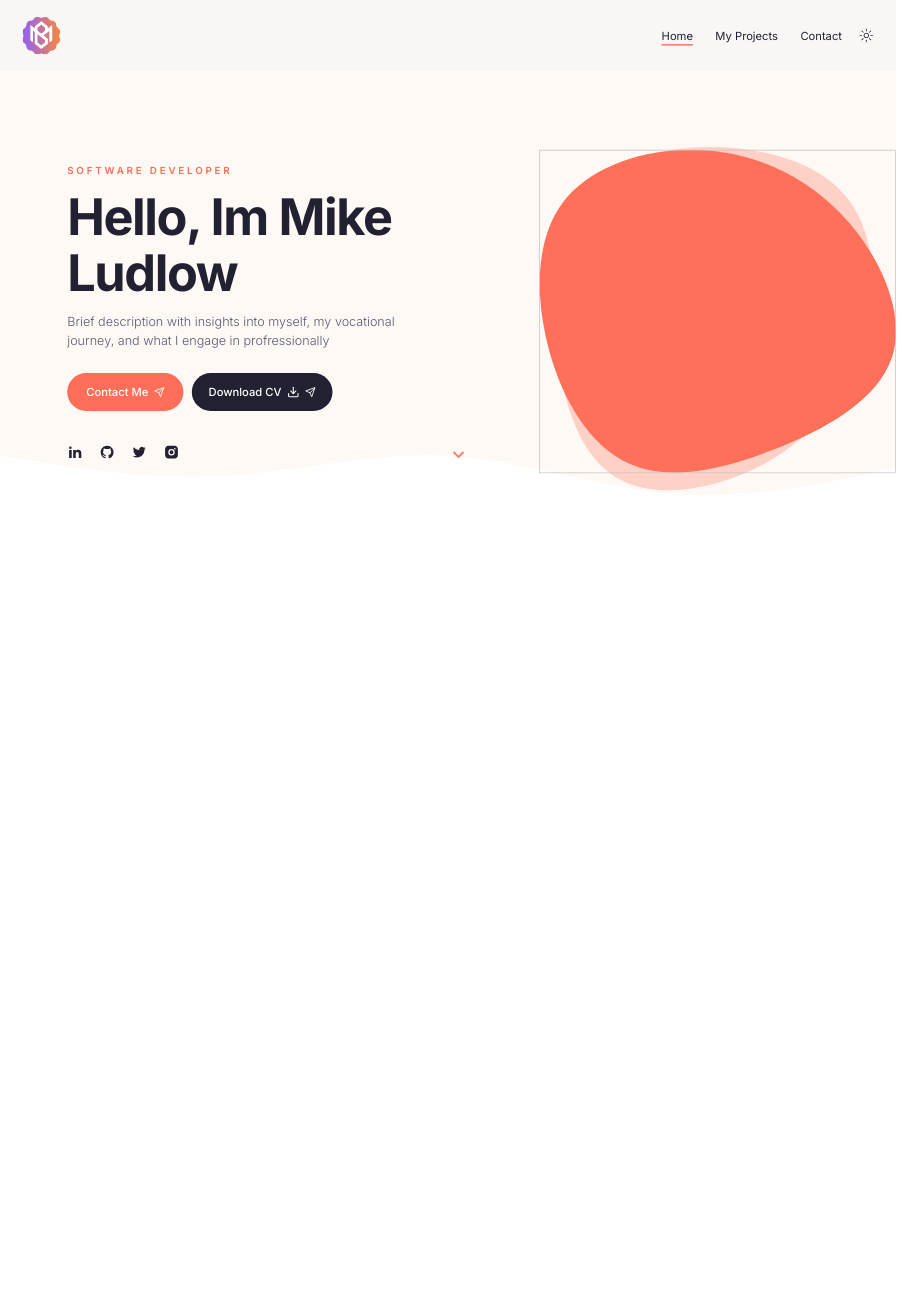
Repository: MikeeBuilds/mike-port
Page: /
The author's editor kept a copy of each file at every save. The page is drawn from the files as they stood at one save, then again after a run of saves.
The browser window is 1280 px wide. The page is 1288 px wide, so the pictures cover 1288 px, including what lies to the right of the window. The pictures show the part of the page from y = 0 to 1880 px (the page is 4731 px tall), at 70% of full size.
The project was rebuilt for these pictures with package versions that can differ from the ones it lists, and the page was loaded fresh each time. The framework's server and built-in components were replaced by stand-ins that run in the browser. Also part of the build but not shown: next.config.js, components/Badge.jsx.

Above is the page before, as saved 2023-11-30 11:11:36.

### app/layout.jsx
import { Inter } from 'next/font/google'
import './globals.css'
import Header from '@/components/Header'
import Footer from '@/components/Footer'
import { ThemeProvider } from '@/components/ThemeProvider'

const inter = Inter({ subsets: ['latin'] })

export const metadata = {
  title: 'Mike Ludlow | Dev',
  description: 'Generated by create next app',
}

export default function RootLayout({ children }) {
  return (
    <html lang="en" suppressHydrationWarning>
      <body className={inter.className}
      >
        <ThemeProvider attribute="class" defaultTheme="light">
          <Header />
            {children}
          <Footer />
        </ThemeProvider>
      </body>
    </html>
  )
}

### app/template.js
"use client";

import { motion } from "framer-motion";
// hooks
import useScrollProgress from "@/hooks/useScrollProgress";

//variants
const variants = {
  hidden: { opacity: 0 },
  enter: { opacity: 1 },
};

const Template = ({ children }) => {
  const completion = useScrollProgress();
  return (
    <>
      <motion.main
        variants={variants}
        initial="hidden"
        animate="enter"
        transition={{ type: "linear", delay: 0.2, duration: 0.4 }}
      >
        {children}
      </motion.main>
      {/* completion bar */}
      <span
        style={{ transform: `translateY(${completion - 100}%)` }}
        className="fixed z-50 bg-primary w-1 top-0 right-0
      bottom-0 transition-all duration-700"
      ></span>
      <div className="h-[4000px]"></div>
    </>
  );
};

export default Template;

### app/page.jsx
import Hero from '@/components/Hero'
import { main } from 'json'
import Image from 'next/image'

export default function Home() {
  return (
    <main>
      <Hero/>
    </main>
  )
}

### app/globals.css
@tailwind base;
@tailwind components;
@tailwind utilities;

@layer base {
  @layer base {
    :root {
      --background: 0 0% 100%;
      --foreground: 240 19% 16%;
      --card: 0 0% 100%;
      --card-foreground: 240 19% 16%;
      --popover: 0 0% 100%;
      --popover-foreground: 20 14.3% 4.1%;
      --primary: 8 99% 67%;
      --primary-foreground: 300 0% 100%;
      --secondary: 240 19% 16%;
      --secondary-foreground: 300 0% 100%;
      --tertiary: 27 82% 98%;
      --muted: 60 4.8% 95.9%;
      --muted-foreground: 237 13% 40%;
      --accent: 237 9% 96%;
      --accent-foreground: 24 9.8% 10%;
      --destructive: 0 84.2% 60.2%;
      --destructive-foreground: 60 9.1% 97.8%;
      --border: 8 82% 92%;
      --input: 8 82% 92%;
      --ring: 9 99% 67%;
      --radius: 1rem;
    }

    .dark {
      --background: 237 22% 20%;
      --foreground: 60 9.1% 97.8%;
      --card: 240 19% 16%;
      --card-foreground: 300 0% 100%;
      --popover: 20 14.3% 4.1%;
      --popover-foreground: 60 9.1% 97.8%;
      --primary: 8 99% 67%;
      --primary-foreground: 300 0% 100%;
      --secondary: 240 19% 16%;
      --secondary-foreground:300 0% 100%;
      --tertiary: 237 22% 20%;
      --muted: 12 6.5% 15.1%;
      --muted-foreground: 237 13% 63%;
      --accent: 240 19% 16%;
      --accent-foreground: 300 0% 100%;
      --destructive: 0 72.2% 50.6%;
      --destructive-foreground: 60 9.1% 97.8%;
      --border: 237 22% 23%;
      --input: 237 22% 23%;
      --ring: 8 99% 67%;
    }
  }
}

@layer base {
  * {
    @apply border-border;
  }
  body {
    @apply bg-background text-foreground;
  }
}

.h1 {
  @apply text-6xl xl:text-[72px] xl:leading-[80px] tracking-[-2px] font-bold;
}

.subtitle {
  @apply text-muted-foreground text-lg mb-8 font-light;
}

### components/Header.jsx
"use client";
import React, { useState, useEffect } from "react";

// components
import Logo from "./Logo";
import ThemeToggler from "./ThemeToggler";
import Nav from "./Nav";
import MobileNav from "./MobileNav";
import { usePathname } from "next/navigation";

const Header = () => {
  const [header, setHeader] = useState(false);
  const pathname = usePathname();

  useEffect(() => {
    const scrollYpos = window.addEventListener("scroll", () => {
      window.scrollY > 50 ? setHeader(true) : setHeader(false);
    });

    // remove event
    return () => window.removeEventListener("scroll", scrollYpos);
  });

  return (
    <header
      className={`${
        header
          ? "py-4 bg-white shadow-lg dark:bg-accent"
          : "py-6 dark:bg-transparent"
      } sticky top-0 z-30 transition-all ${pathname === '/' && 'bg-[#f9f7f5]'}`}
    >
      <div className="container mx-auto">
        <div className="flex justify-between items-center">
          <Logo />
          <div className="flex items-center gap-x-6">
            {/* nav */}
            <Nav
              containerStyles="hidden xl:flex gap-x-8 items-center"
              linkStyles="relative hover:text-primary transition-all"
              underlineStyles="absolute left-0 top-full h-[2px] bg-primary w-full"
            />
            <ThemeToggler />
            {/* mobile nav */}
            <div className="lg:hidden">
              <MobileNav />
            </div>
          </div>
        </div>
      </div>
    </header>
  );
};

export default Header;

### components/Footer.jsx

const Footer = () => {
  return (
    <footer>Footer</footer>
  )
}

export default Footer

### components/ThemeProvider.jsx
"use client"


import {
    ThemeProvider as NextThemesProvider
} from "next-themes";



export function ThemeProvider({ children, ...props}) {
    return <NextThemesProvider {...props}>{children}</NextThemesProvider>
}

### hooks/useScrollProgress.js
import React, { useState, useEffect} from 'react'

const useScrollProgress = () => {
    const [completion, setCompletion] = useState(0);

    useEffect(() => {
        const updateScrollCompletion = () => {
            const currentProgress = window.scrollY;
            const scrollHeight = document.body.scrollHeight - window.innerHeight;

            if (scrollHeight) {
                setCompletion(Number(currentProgress / scrollHeight).toFixed(2) * 100);
            }
        };
            // event
        window.addEventListener('scroll', updateScrollCompletion);
            //clear event
            return () => window.removeEventListener('scroll', updateScrollCompletion);
    }, []);


    return completion;
};

export default useScrollProgress

### components/Hero.jsx
import Link from "next/link";
import { Download, Send } from "lucide-react";
import { Button } from "./ui/button";

import {
  RiBriefcase4Fill,
  RiTeamFill,
  RiTodoFill,
  RiArrowDownSLine,
} from "react-icons/ri";

//components
import DevImg from "./DevImg";
import Badge from "./Badge";
import Socials from "./Socials";

const Hero = () => {
  return (
    <section className="py-12 xl:py-24 h-[84vh] xl:pt-28 bg-hero bg-no-repeat bg-bottom bg-cover dark:bg-none">
      <div className="flex justify-between gap-x-8">
        {/* text */}
        <div className="flex max-w-[600px] flex-col justify-center mx-auto xl:mx-24 text-center xl:text-left">
          <div className="text-sm uppercase font-semibold mb-4 text-primary tracking-[4px]">
            Software Developer
          </div>
          <h1 className="h1 mb-4">Hello, Im Mike Ludlow</h1>
          <p className="subtitle max-w-[490px] mx-auto xl:mx-0">
            Brief description with insights into myself, my vocational journey,
            and what I engage in profressionally
          </p>
          {/* buttons */}
          <div
            className="flex flex-col gap-y-3 md:flex-row gap-x-3 mx-auto
          xl:mx-0 mb-12"
          >
            <Link href="/contact">
              <Button className="gap-x-2">
                Contact Me <Send size={15} />
              </Button>
            </Link>
            <Button variant="secondary" className="gap-x-2">
              Download CV <Download size={18} /> <Send size={15} />
            </Button>
          </div>
          {/* socials */}
          <Socials
            containerStyles="flex gap-x-6 mx-auto xl:mx-0"
            iconStyles="text-foreground text-[22px] hover:text-primary transition-all"
          />
        </div>
        {/* image */}
        <div className="hidden xl:flex relative">
          <div className="bg-hero_shape2_light dark:bg-hero_shape2_dark w-[500px] h-[500px] bg-no-repeat absolute -top-1 -right-2"></div>
          <DevImg containerStyles="bg-hero_shape w-[510px] h-[462px] bg-no-repeat relative bg-bottom" imgSrc=''/>
        </div>
        {/* icon */}
        <div className="hidden md:flex absolute left-2/4 bottom-44 xl:bottom-12 animate-bounce">
          <RiArrowDownSLine className="text-3xl text-primary" />
        </div>
      </div>
    </section>
  );
};

export default Hero;

### components/Logo.jsx
import Link from "next/link";
import Image from "next/image";


const Logo = () => {
  return (
    <Link href="/">
        <Image src='/logo.svg' width={54} height={54} priority alt="logo"/>
    </Link>
  )
}

export default Logo

### components/ThemeToggler.jsx
"use client";

import { Button } from "./ui/button";
import { MoonIcon, SunIcon } from "@radix-ui/react-icons";
import { useTheme } from "next-themes";

const ThemeToggler = () => {
  const { theme, setTheme } = useTheme();
  return (
    <Button variant='outline' size="outline" onClick={() => setTheme(theme === 'dark' ? 'light' : 'dark')}>
      <SunIcon
        className="h-[1.2rem] w-[1.2rem] rotate-0 scale-100 transition-all
      dark:rotate-90 dark:scale-0"
      />
      <MoonIcon
        className="absolute h-[1.2rem] w-[1.2rem] rotate-90 scale-0 transition-all
       dark:rotate-0 dark:scale-100"
      />
    </Button>
  );
};

export default ThemeToggler;

### components/Nav.jsx
import Link from "next/link";

//next hooks
import { usePathname } from "next/navigation";

//framer motion
import { motion } from "framer-motion";

const links = [
  { path: "/", name: "home" },
  { path: "/projects", name: "my projects" },
  { path: "/contact", name: "contact" },
];

const Nav = ({ containerStyles, linkStyles, underlineStyles }) => {
  const path = usePathname();
  return (
    <nav className={`${containerStyles}`}>
      {links.map((link, index) => {
        return (
          <Link
            href={link.path}
            key={index}
            className={`capitalize ${linkStyles}`}
          >
            {link.path === path && (
              <motion.span
                initial={{ y: "-100%" }}
                animate={{ y: 0 }}
                transition={{ type: "tween" }}
                layoutId="underline"
                className={`${underlineStyles}`}
              />
            )}
            {link.name}
          </Link>
        );
      })}
    </nav>
  );
};

export default Nav;

### components/MobileNav.jsx

const MobileNav = () => {
  return (
    <div>MobileNav</div>
  )
}

export default MobileNav

### components/ui/button.jsx
import * as React from "react"
import { Slot } from "@radix-ui/react-slot"
import { cva } from "class-variance-authority";

import { cn } from "@/lib/utils"

const buttonVariants = cva(
  "inline-flex items-center justify-center whitespace-nowrap rounded-full text-base font-medium ring-offset-background transition-colors focus-visible:outline-none focus-visible:ring-2 focus-visible:ring-ring focus-visible:ring-offset-2 disabled:pointer-events-none disabled:opacity-50",
  {
    variants: {
      variant: {
        default: "bg-primary text-primary-foreground hover:bg-primary/90",
        destructive:
          "bg-destructive text-destructive-foreground hover:bg-destructive/90",
        outline:
          "border border-input bg-background hover:bg-accent hover:text-accent-foreground",
        secondary:
          "bg-secondary text-secondary-foreground hover:bg-secondary/80",
        ghost: "hover:bg-accent hover:text-accent-foreground",
        link: "text-primary underline-offset-4 hover:underline",
      },
      size: {
        default: "h-[54px] px-6 py-2 min-w-[166px]",
        sm: "h-9 rounded-md px-3",
        lg: "h-11 rounded-md px-8",
        icon: "h-10 w-10",
      },
    },
    defaultVariants: {
      variant: "default",
      size: "default",
    },
  }
)

const Button = React.forwardRef(({ className, variant, size, asChild = false, ...props }, ref) => {
  const Comp = asChild ? Slot : "button"
  return (
    (<Comp
      className={cn(buttonVariants({ variant, size, className }))}
      ref={ref}
      {...props} />)
  );
})
Button.displayName = "Button"

export { Button, buttonVariants }

### components/DevImg.jsx
import Image from "next/image";

const DevImg = ({ containerStyles, imgSrc }) => {
  return <div className={`${containerStyles}`}>
    <Image src={imgSrc} fill priority alt="" />
  </div>;
};

export default DevImg;

### components/Socials.jsx
'use client'

import {
  RiLinkedinFill,
  RiGithubFill,
  RiTwitterFill,
  RiInstagramFill
} from 'react-icons/ri';

import Link from 'next/link';

const icons = [
  {
    path: '/',
    name: <RiLinkedinFill />,
  },
  {
    path: '/',
    name: <RiGithubFill />,
  },{
    path: '/',
    name: <RiTwitterFill />,
  },{
    path: '/',
    name: <RiInstagramFill />,
  },
]


import React from "react";

const Socials = ({ containerStyles, iconStyles}) => {
  return <div className={`${containerStyles}`}>
    {icons.map((icon, index) => {
      return <Link href={icon.path} key={index}>
        <div className={`${iconStyles}`}>
          {icon.name}
        </div>
      </Link>
    })}
  </div>;
};

export default Socials;

### tailwind.config.js
/** @type {import('tailwindcss').Config} */
module.exports = {
  darkMode: ["class"],
  content: [
    './pages/**/*.{js,jsx}',
    './components/**/*.{js,jsx}',
    './app/**/*.{js,jsx}',
    './src/**/*.{js,jsx}',
	],
  theme: {
    container: {
      center: true,
      padding: "2rem",
      screens: {
        "2xl": "1400px",
      },
    },
    extend: {
      colors: {
        border: "hsl(var(--border))",
        input: "hsl(var(--input))",
        ring: "hsl(var(--ring))",
        background: "hsl(var(--background))",
        foreground: "hsl(var(--foreground))",
        primary: {
          DEFAULT: "hsl(var(--primary))",
          foreground: "hsl(var(--primary-foreground))",
        },
        secondary: {
          DEFAULT: "hsl(var(--secondary))",
          foreground: "hsl(var(--secondary-foreground))",
        },
        tertiary: {
          DEFAULT: "hsl(var(--tertiary))",
        },
        destructive: {
          DEFAULT: "hsl(var(--destructive))",
          foreground: "hsl(var(--destructive-foreground))",
        },
        muted: {
          DEFAULT: "hsl(var(--muted))",
          foreground: "hsl(var(--muted-foreground))",
        },
        accent: {
          DEFAULT: "hsl(var(--accent))",
          foreground: "hsl(var(--accent-foreground))",
        },
        popover: {
          DEFAULT: "hsl(var(--popover))",
          foreground: "hsl(var(--popover-foreground))",
        },
        card: {
          DEFAULT: "hsl(var(--card))",
          foreground: "hsl(var(--card-foreground))",
        },
      },
      borderRadius: {
        lg: "var(--radius)",
        md: "calc(var(--radius) - 2px)",
        sm: "calc(var(--radius) - 4px)",
      },
      keyframes: {
        "accordion-down": {
          from: { height: 0 },
          to: { height: "var(--radix-accordion-content-height)" },
        },
        "accordion-up": {
          from: { height: "var(--radix-accordion-content-height)" },
          to: { height: 0 },
        },
      },
      animation: {
        "accordion-down": "accordion-down 0.2s ease-out",
        "accordion-up": "accordion-up 0.2s ease-out",
      },
      backgroundImage: {
        hero: 'url(/hero-bg.png)',
        hero_shape: 'url(/hero/shape-1.svg)',
        hero_shape2_light: 'url(/hero/shape-2-light.svg)',
        hero_shape2_dark: 'url(/hero/shape-2-dark.svg)',

      }
    },
  },
  plugins: [require("tailwindcss-animate")],
}

Loaded but not shown: lib/utils.js (common file)

After the next 2 saves:
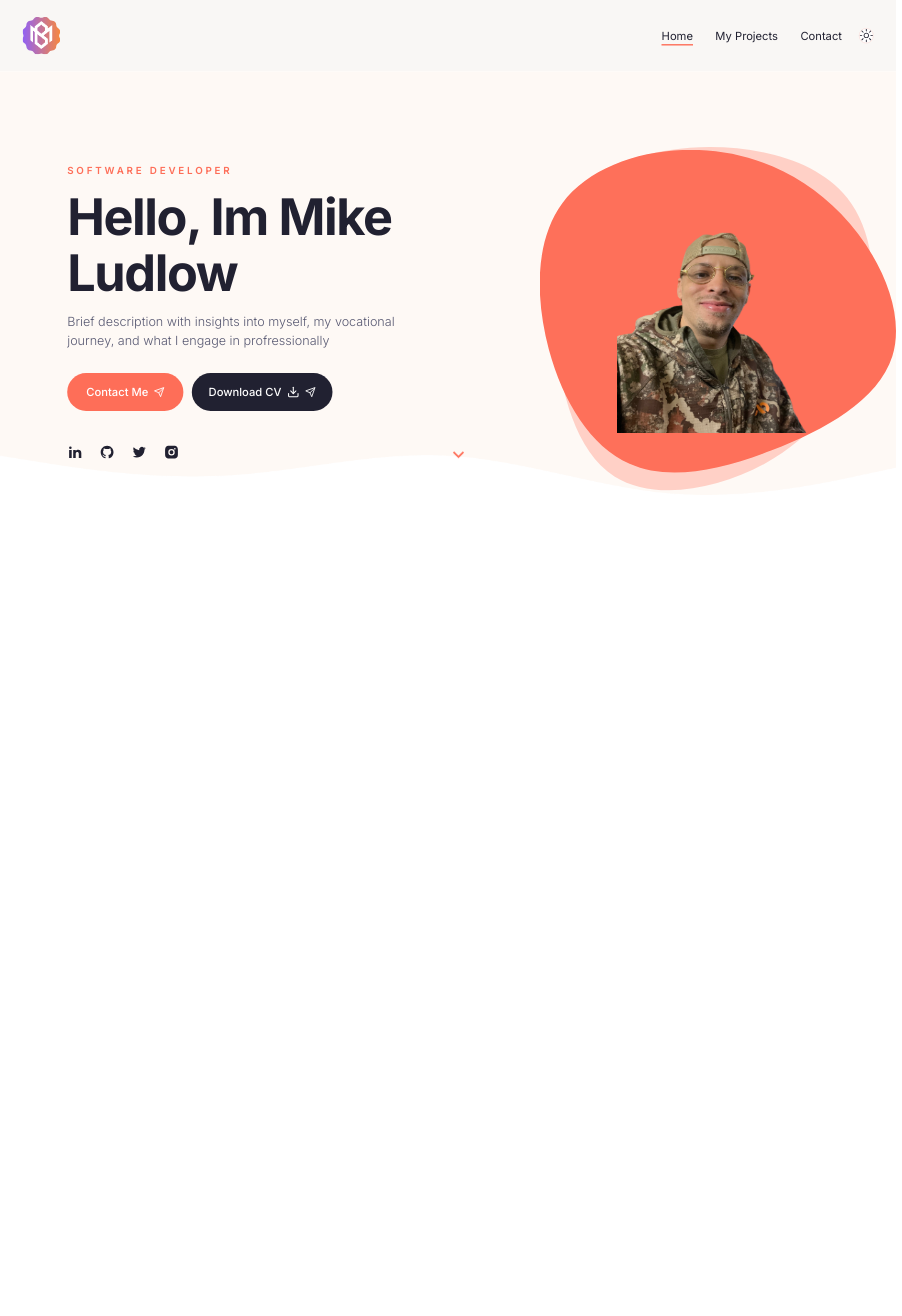
The 2 saves are shown as one change because they came seconds apart.
The last was saved 50 s later.
--- a/components/Hero.jsx
+++ b/components/Hero.jsx
@@ -51,7 +51,7 @@ const Hero = () => {
         {/* image */}
         <div className="hidden xl:flex relative">
           <div className="bg-hero_shape2_light dark:bg-hero_shape2_dark w-[500px] h-[500px] bg-no-repeat absolute -top-1 -right-2"></div>
-          <DevImg containerStyles="bg-hero_shape w-[510px] h-[462px] bg-no-repeat relative bg-bottom" imgSrc=''/>
+          <DevImg containerStyles="bg-hero_shape w-[510px] h-[462px] bg-no-repeat relative bg-bottom" imgSrc='/hero/developer.png'/>
         </div>
         {/* icon */}
         <div className="hidden md:flex absolute left-2/4 bottom-44 xl:bottom-12 animate-bounce">
